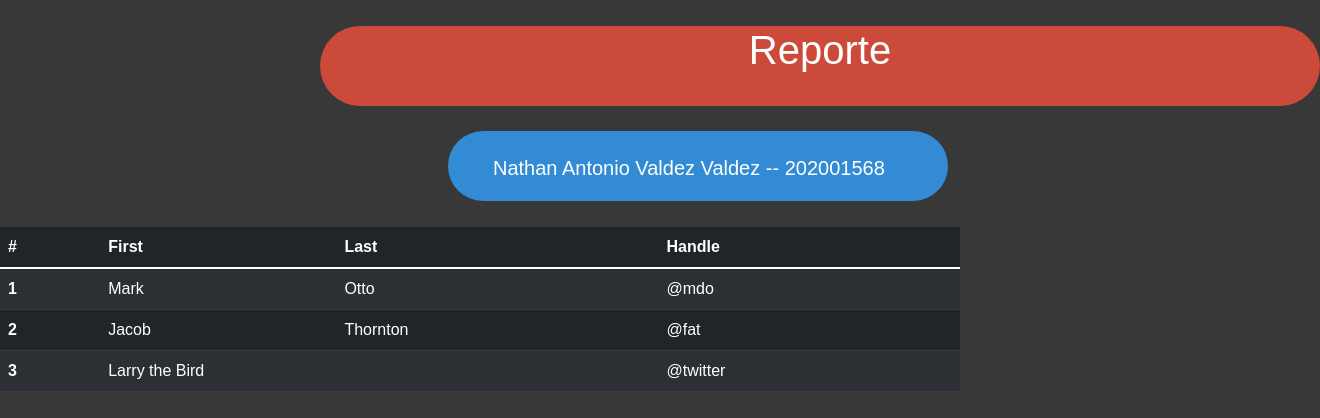
Repository: nathanvdev/LFP_PR_202001568
Page: plantilla.html
An editor plug-in stored every save of this project. The page is shown before and after the next save, followed by the edit.
The browser window is 1280 px wide. The page is 1320 px wide, so the pictures cover 1320 px, including what lies to the right of the window. The pictures show the whole page.

Above is the page before, as saved 2022-02-19 19:02:45.

After the next save:
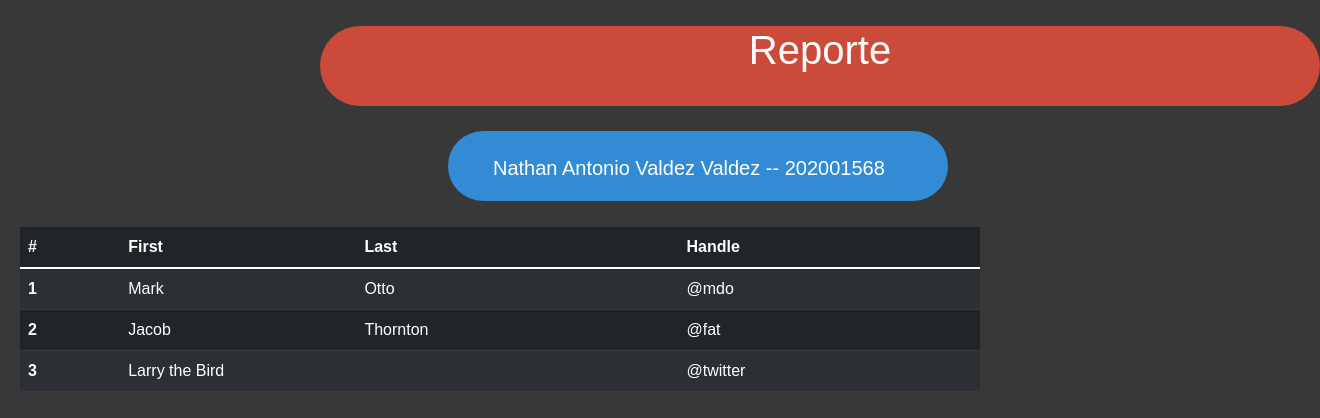
Saved 12 s later.
--- a/plantilla.html
+++ b/plantilla.html
@@ -37,8 +37,7 @@
     .tabla{
         width: 75%;
         height: auto;
-        display: flex;
-        justify-content: center;
+        margin: 20px;
     }
 </style>
 <body style="background-color: rgb(56, 56, 56);">
